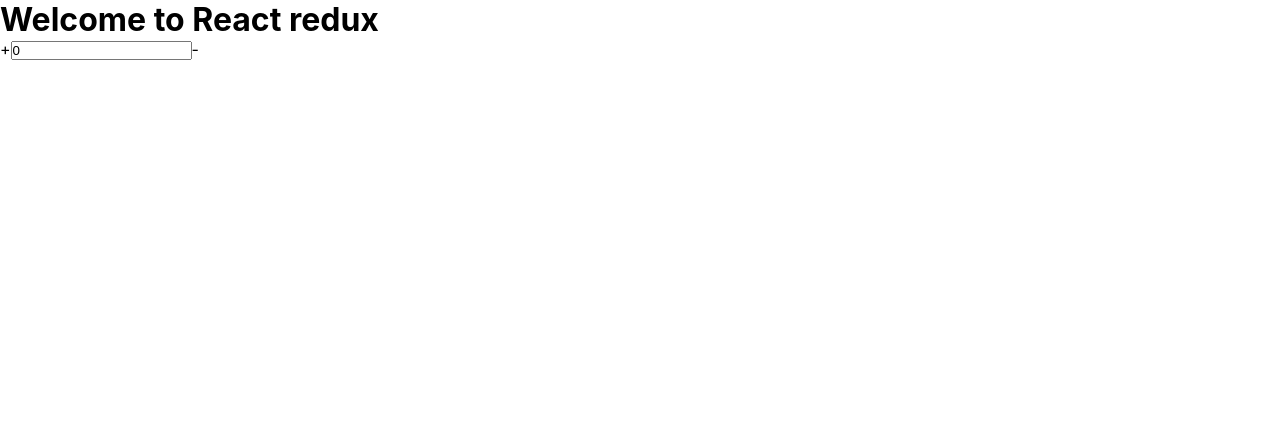
Repository: Gulzarokz/React_Course_Review
Page: / (app in reduxapp/)
The author's editor kept a copy of each file at every save. The page is drawn from the files as they stood at one save, then again after the next save.
The browser window is 1280 px wide. The pictures show the whole page.
The project was rebuilt for these pictures with package versions that can differ from the ones it lists, and the page was loaded fresh each time.

Above is the page before, as saved 2026-05-13 14:28:07.

### reduxapp/src/App.js
import React from 'react'
import './App.css'

const App = () => {
  return (
    <>
      <h1>Welcome to React redux</h1>
      <a className="plus" title='increment' ><span>+</span></a>
      <input className="count" type="text" value="0" />
      <a className="minus" title='decrement' ><span>-</span></a>

    </>
  )
}

export default App

### reduxapp/src/App.css
* {
  margin: 0;
  padding: 0;
  box-sizing: border-box;

}

.body {
  display: flex;
  justify-content: center;
  align-items: center;
  height: 100vh;
  background-color: #f0f0f0;
}

Loaded but not shown: reduxapp/public/index.html (common file); reduxapp/src/index.js (common file); reduxapp/src/index.css (common file); reduxapp/src/reportWebVitals.js (common file)

After the next save:
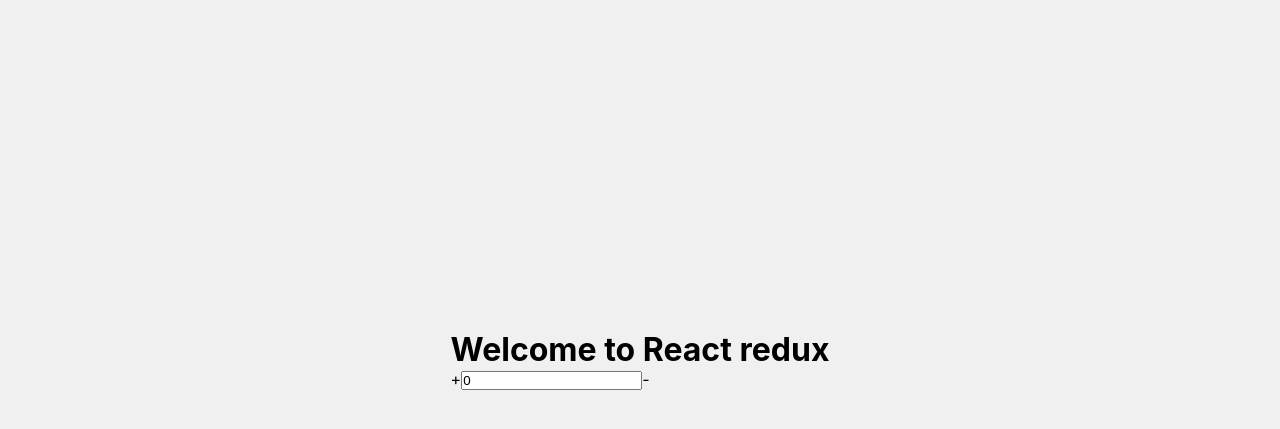
Saved 9 s later.
--- a/reduxapp/src/App.css
+++ b/reduxapp/src/App.css
@@ -5,7 +5,7 @@
 
 }
 
-.body {
+body {
   display: flex;
   justify-content: center;
   align-items: center;
